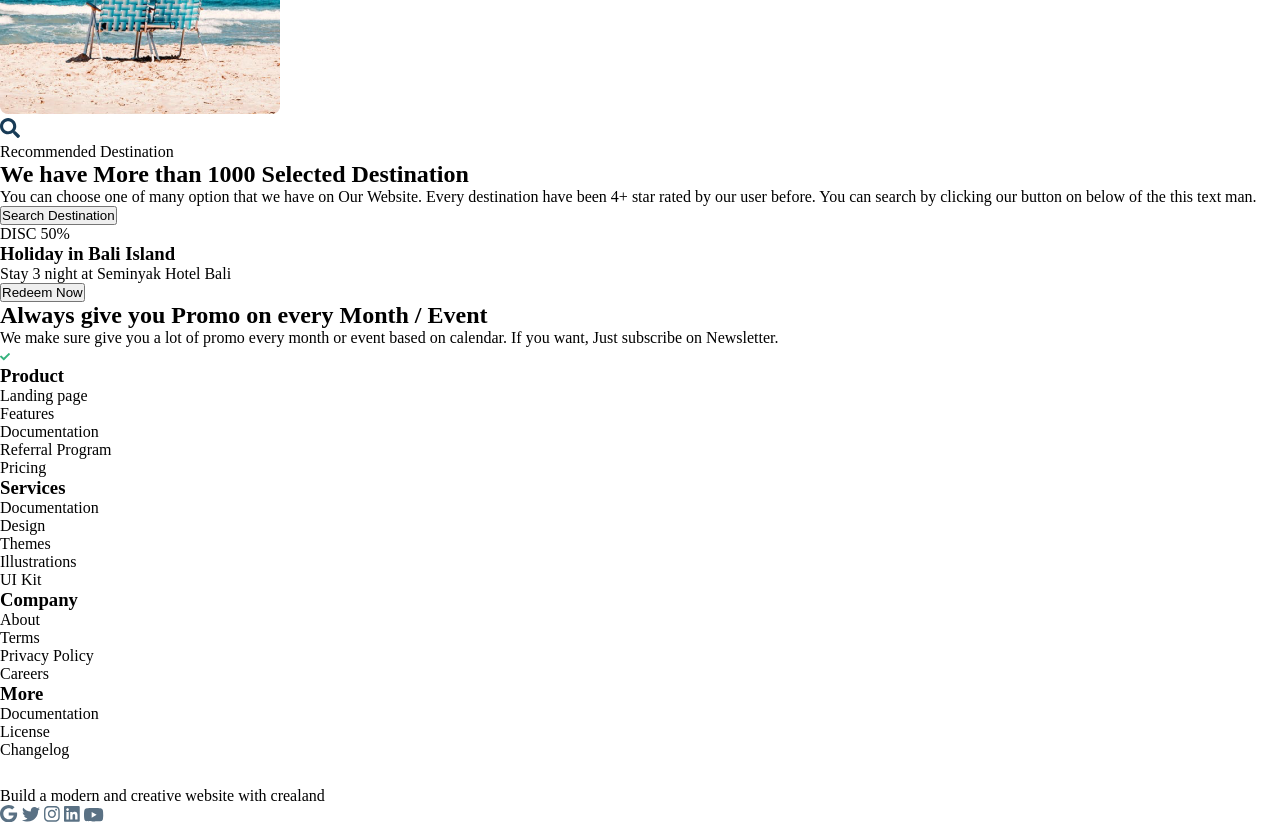
Repository: daviHmoraes/frontcomtailwind
Page: index.html
An editor plug-in stored every save of this project. The page is shown before and after a run of saves, followed by the edit.
The browser window is 1280 px wide. The pictures show the part of the page from y = 4119 to 5071 px (the page is 4945 px tall before and 5071 px after).
A picture or video elsewhere on the page could not be fetched, so the positions and the page height are approximate.

Above is the page before, as saved 2026-08-31 18:27:19.

### index.html
<!DOCTYPE html>
<html lang="en">
<head>
    <meta charset="UTF-8">
    <meta name="viewport" content="width=device-width, initial-scale=1.0">
    <title>Ehya - Home Page</title>
    <link rel="stylesheet" href="/css/style.css">
</head>
<body>

    <header>

        <section class="header">
            <img src="/img/Logo.svg" alt="Ehya Company Logo">
            <img src="/img/hamburguer-menu.svg" alt="Hamburguer menu Icon">
        </section>

        <section class="hero">

            <div class="hero-content">
                <h1>
                    Start Exploring to
                    Find Inner Peace
                    by Traveling
                </h1>

                <p>
                    Lost yourself with Vacation and
                    Travel into the place that you never
                    visit before. We have thousand
                    places in our database for you.
                </p>
            </div>

            <div class="form-card">

                <img src="/img/background-image.png" alt="Beach Background Image">

                <h2>
                    You can start search here
                </h2>

                <p>
                    Find thousand destination for travelling
                    with best prices. Apply “EHYA50” Code
                    on Payment Process.
                </p>

                <form>
                    <label for="where">Where</label><br>
                    <input type="text" id="where" name="where"><br>

                    <label for="checkin">Check In</label><br>
                    <input type="date" id="checkin" name="checkin"><br>

                    <label for="checkout">Check Out</label><br>
                    <input type="date" id="checkout" name="checkout"><br>

                    <label for="guests">Guests</label><br>
                    <input type="text" id="guests" name="guests"><br>

                    <input type="submit" id="submit">
                </form>
            </div>

            <img src="/img/circle.svg" alt="Circle Around the Arrow Icon">
            <img src="/img/south-arrow.svg" alt="South Pointing Arrow">

        </section>
    </header>

    <main>

        <section class="benefits">
            <h2>
                Travelya Benefit
                for User
            </h2>

            <p>
                We are self-service data analytics
                software that lets you create visually
                appealing data visualizations and
                insightful dashboards in minutes.
            </p>

            <div class="cards">
                <div class="card">
                    <img src="/img/card-icon/cheap-icon.svg" alt="Label Icon">

                    <div class="card-content">
                        <h3>
                            Cheap than Other
                        </h3>
                        <p>
                            Travelya is cheaper than other
                            travel agency.
                        </p>
                    </div>
                </div>

                <div class="card">
                    <img src="/img/card-icon/secure-icon.png" alt="Shield Icon">

                    <div class="card-content">
                        <h3>
                            Secure Payment
                        </h3>
                        <p>
                            You can pay your book without
                            doubt again.
                        </p>
                    </div>
                </div>

                <div class="card">
                    <img src="/img/card-icon/free-icon.svg" alt="AC Icon">

                    <div class="card-content">
                        <h3>
                            Free Amenities
                        </h3>
                        <p>
                            We guarantee you can give free amenities wherever
                            you are.
                        </p>
                    </div>
                </div>

                <div class="card">
                    <img src="/img/card-icon/top-icon.svg" alt="Crown Icon">

                    <div class="card-content">
                        <h3>
                            Top Rated
                        </h3>
                        <p>
                            Only show best destination
                            with 1000+ super review user
                        </p>
                    </div>
                </div>

                <div class="card">
                    <img src="/img/card-icon/best-icon.svg" alt="Medal Icon">

                    <div class="card-content">
                        <h3>
                            Best Offers
                        </h3>
                        <p>
                            Inform you about all best
                            offers for all destination
                        </p>
                    </div>
                </div>

                <div class="card">
                    <img src="/img/card-icon/easy-icon.svg" alt="Like Icon">

                    <div class="card-content">
                        <h3>
                            Easy Book
                        </h3>
                        <p>
                            Follow flow, Click, Pay. Wait.
                            Just wait e-ticket
                        </p>
                    </div>
                </div>

                <div class="card">
                    <img src="/img/card-icon/refund-icon.svg" alt="Hands Shell Icon">

                    <div class="card-content">
                        <h3>
                            Fast Refund
                        </h3>
                        <p>
                            If you canceled. We can refund
                            your money 1x12
                        </p>
                    </div>
                </div>

                <div class="card">
                    <img src="/img/card-icon/support-icon.svg" alt="Headphone Icon">

                    <div class="card-content">
                        <h3>
                            24/7 Support
                        </h3>
                        <p>
                            We’re ready help you anytime
                            and anywhere you are.
                        </p>
                    </div>
                </div>
            </div>
        </section>

        <section class="popular-destinations">
            <h2>
                Popular Destinations
            </h2>

            <div class="destinations">
                <div class="destination">
                    <img src="/img/destinations/venice.png" alt="Aerial Footage of Venice - Italy">
                    <h3>
                        Venice, Italy
                    </h3>
                    <p>
                        Travelling into the popular river in Italy
                    </p>
                    <button class="see-offers">
                        See Offers
                    </button>
                </div>

                <div class="destination">
                    <img src="/img/destinations/paris.png" alt="Aerial Footage of Paris - France">
                    <h3>
                        Paris, France
                    </h3>
                    <p>
                        Romance in popular world landmark
                    </p>
                    <button class="see-offers">
                        See Offers
                    </button>
                </div>

                <div class="destination">
                    <img src="/img/destinations/bali.png" alt="Aerial Footage of Bali - Indonesia">
                    <h3>
                        Bali, Indonesia
                    </h3>
                    <p>
                        See best sunset ver in the world
                    </p>
                    <button class="see-offers">
                        See Offers
                    </button>
                </div>

                <div class="destination">
                    <img src="/img/destinations/bali.png" alt="Aerial Footage of Santorini - Greece">
                    <h3>
                        Santorini, Greece
                    </h3>
                    <p>
                        Visit the 1000 Gods Country
                    </p>
                    <button class="see-offers">
                        See Offers
                    </button>
                </div>
            </div>

            <div class="see-offers">
                <a href="#">See All Offers</a>
                <img src="/img/east-arrow.svg" alt="East Pointing Arrow">
            </div>
        </section>

        <section class="about-travelya">
            <h3>
                ABOUT TRAVELYA
            </h3>

            <h1>
                Everyone Needs Travel. Needs a Holiday.
                Want to Break Free for a While
            </h1>

            <img src="/img/recommended-destination.png" alt="Beach Umbrella Footage">

            <div>
                <img src="/img/search.svg" alt="Search Bloom Icon">
                <p>Recommended Destination</p>
            </div>

            <h2>
                We have More than 1000
                Selected Destination
            </h2>

            <p>
                You can choose one of many option
                that we have on Our Website. Every
                destination have been 4+ star rated
                by our user before. You can search
                by clicking our button on below of
                the this text man.
            </p>

            <button class="search-destination">
                Search Destination
            </button>

            <div class="holiday-card">
                <span class="discount">DISC 50%</span>
                <h3>
                    Holiday in Bali Island
                </h3>
                <p>
                    Stay 3 night at Seminyak Hotel Bali
                </p>
                <button class="redeem-now">Redeem Now</button>
            </div>

            <div class="promo">
                <h2>
                    Always give you Promo
                    on every Month / Event
                </h2>
                <p>
                    We make sure give you a lot of
                    promo every month or event based
                    on calendar. If you want, Just
                    subscribe on Newsletter.
                </p>

                <div class="pros">
                    <img src="/img/pros-icon.svg" alt="Right Simbol Icon">
                    <p></p>
                </div>
            </div>

        </section>

    </main>

    <footer>
        <div class="redirects">
            <article>
                <h3>Product</h3>
                <p>Landing page</p>
                <p>Features</p>
                <p>Documentation</p>
                <p>Referral Program</p>
                <p>Pricing</p>
            </article>

            <article>
                <h3>Services</h3>
                <p>Documentation</p>
                <p>Design</p>
                <p>Themes</p>
                <p>Illustrations</p>
                <p>UI Kit</p>
            </article>

            <article>
                <h3>Company</h3>
                <p>About</p>
                <p>Terms</p>
                <p>Privacy Policy</p>
                <p>Careers</p>
            </article>

            <article>
                <h3>More</h3>
                <p>Documentation</p>
                <p>License</p>
                <p>Changelog</p>
            </article>
        </div>

        <div class="footer-content">
            <img src="/img/logo.svg" alt="Logo da empresa Ehya">

            <p>
                Build a modern and creative website with crealand
            </p>

            <div class="contacts">
                <img src="/img/footer-icons/google.svg" alt="Redirect Contact Google icon">
                <img src="/img/footer-icons/twitter.svg" alt="Redirect Contact Twitter icon">
                <img src="/img/footer-icons/instagram.svg" alt="Redirect Contact Instagram icon">
                <img src="/img/footer-icons/linkedin.svg" alt="Redirect Contact Linkedin icon">
                <img src="/img/footer-icons/youtube.svg" alt="Redirect Contact Youtube icon">
            </div>

        </div>

    </footer>

</body>
</html>

### css/style.css
* {
    margin: 0;
    padding: 0;
    overflow-x: hidden;
}

After the next 5 saves:
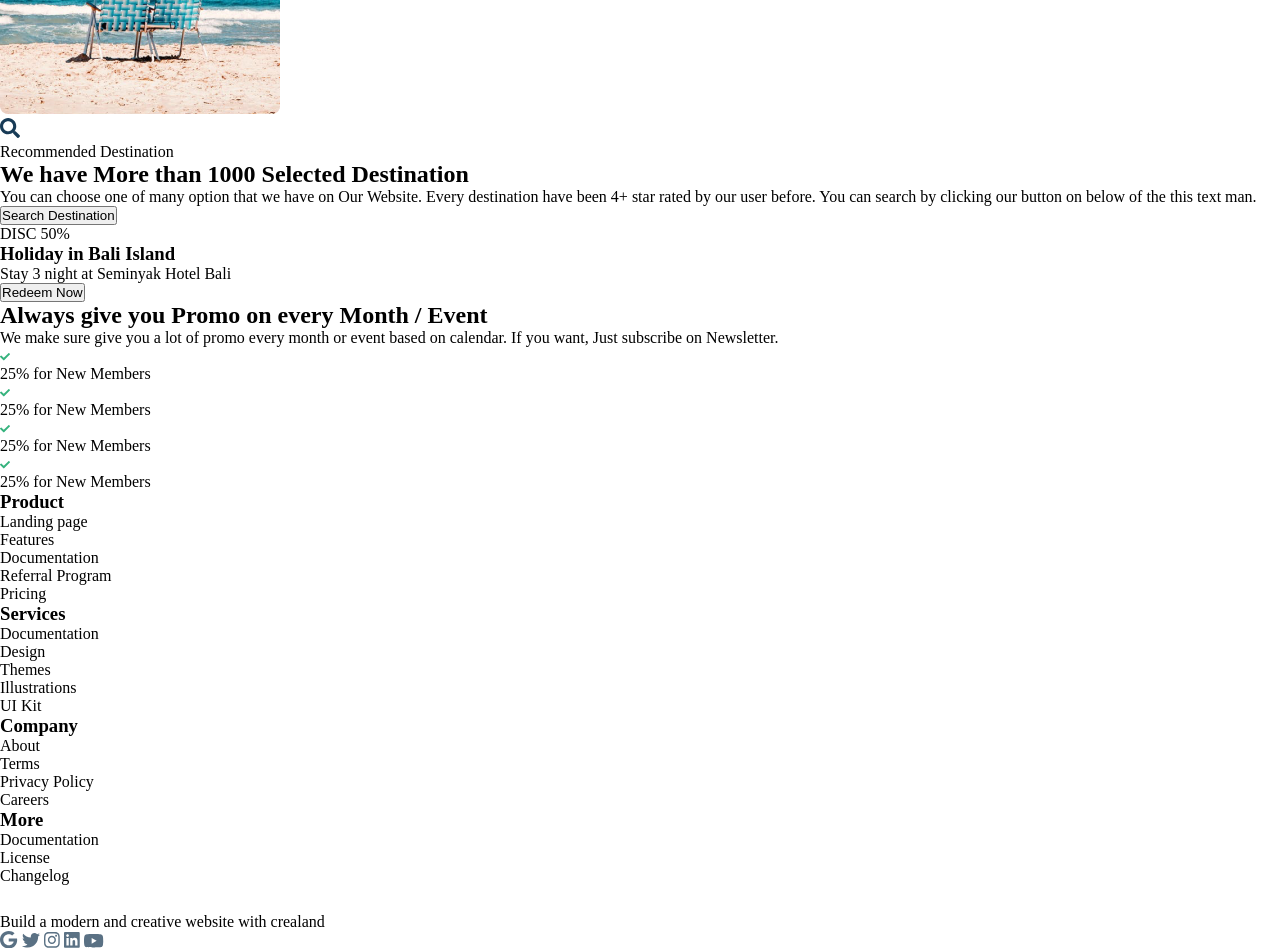
The 5 saves are shown as one change because they came seconds apart.
The last was saved 20 s later.
--- a/index.html
+++ b/index.html
@@ -324,8 +324,24 @@
 
                 <div class="pros">
                     <img src="/img/pros-icon.svg" alt="Right Simbol Icon">
-                    <p></p>
-                </div>
+                    <p>25% for New Members</p>
+                </div>
+
+                <div class="pros">
+                    <img src="/img/pros-icon.svg" alt="Right Simbol Icon">
+                    <p>25% for New Members</p>
+                </div>
+
+                <div class="pros">
+                    <img src="/img/pros-icon.svg" alt="Right Simbol Icon">
+                    <p>25% for New Members</p>
+                </div>
+
+                <div class="pros">
+                    <img src="/img/pros-icon.svg" alt="Right Simbol Icon">
+                    <p>25% for New Members</p>
+                </div>
+
             </div>
 
         </section>
